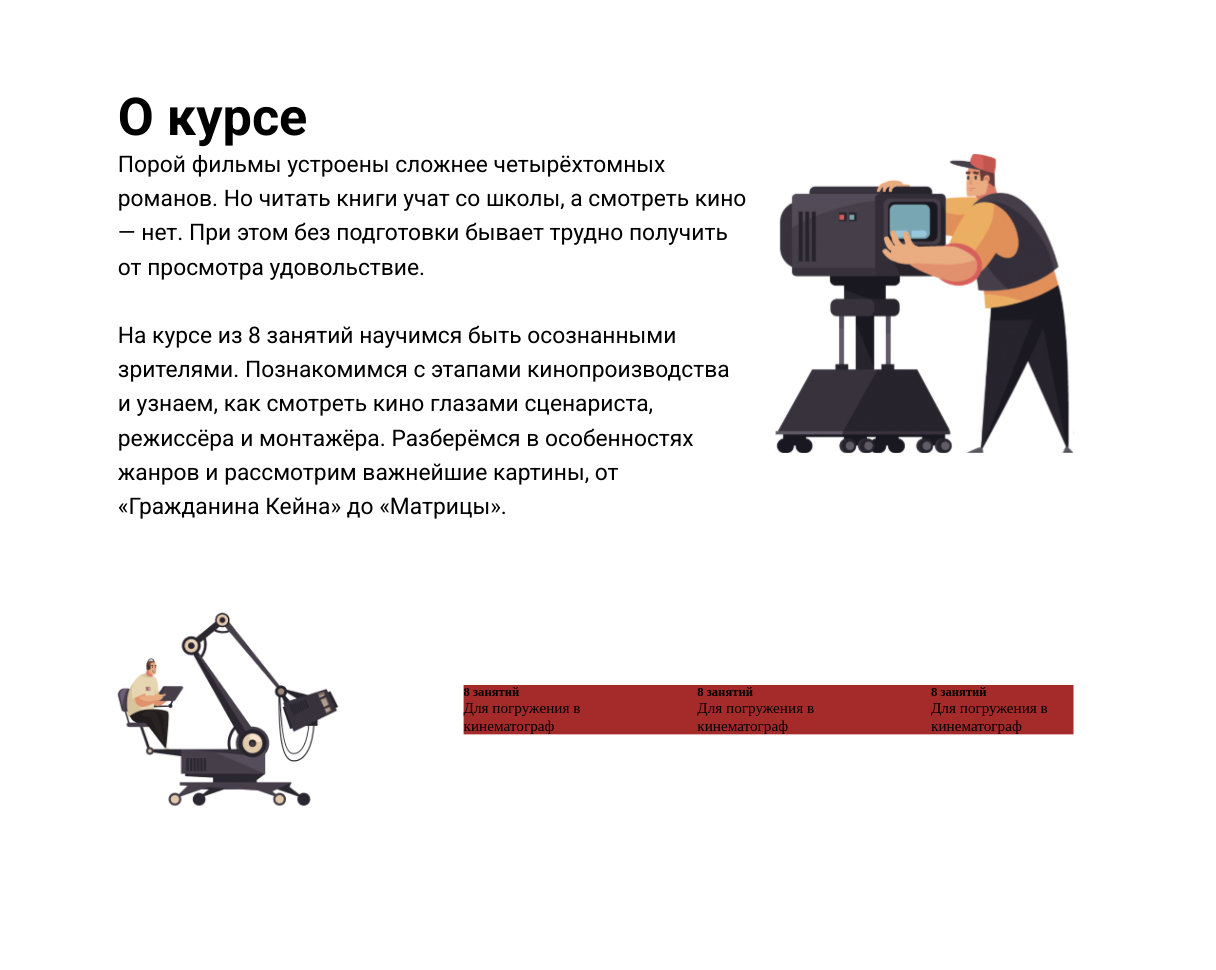
Repository: AytacSafarova/task-figma--1
Page: index.html
The author's editor kept a copy of each file at every save. The page is drawn from the files as they stood at one save, then again after the next save.
The browser window is 1280 px wide. The pictures show the whole page, at 95% of full size.

Above is the page before, as saved 2023-04-29 20:43:45.

### index.html
<!DOCTYPE html>
<html lang="en">

<head>
  <meta charset="UTF-8" />
  <meta http-equiv="X-UA-Compatible" content="IE=edge" />
  <meta name="viewport" content="width=device-width, initial-scale=1.0" />
  <title>Document</title>
  <link rel="stylesheet" href="/index.css" />
</head>

<body>
  <div class="container">
    <div class="row up">
      <div class="col left">
        <h1>О курсе</h1>
        <p>
          Порой фильмы устроены сложнее четырёхтомных романов. Но читать
          книги учат со школы, а смотреть кино — нет. При этом без
          подготовки бывает трудно получить от просмотра удовольствие.
        </p>
        <br><br>
        <p>
          На курсе из 8 занятий научимся быть осознанными зрителями.
          Познакомимся с этапами кинопроизводства и узнаем, как смотреть
          кино глазами сценариста, режиссёра и монтажёра. Разберёмся в
          особенностях жанров и рассмотрим важнейшие картины, от
          «Гражданина Кейна» до «Матрицы».
        </p>
      </div>
      <div class="col right">
        <svg width="314" height="315" viewBox="0 0 314 315" fill="none" xmlns="http://www.w3.org/2000/svg"
          xmlns:xlink="http://www.w3.org/1999/xlink">
          <rect width="314" height="315" fill="url(#pattern0)" />
          <defs>
            <pattern id="pattern0" patternContentUnits="objectBoundingBox" width="1" height="1">
              <use xlink:href="#image0_1_51" transform="matrix(0.00186916 0 0 0.00186323 0 -0.000275923)" />
            </pattern>
            <image id="image0_1_51" width="535" height="537"
              xlink:href="data:[embedded picture, 160582 characters]" />
          </defs>
        </svg>
      </div>
    </div>

    <div class="down">
      <img src="/images/photo 1.png" alt="" />
      <ul class="list">
        <li>
          <h5>8 занятий</h5>
          <p>Для погружения в кинематограф</p>
        </li>

        <li>
          <h5>8 занятий</h5>
          <p>Для погружения в кинематограф</p>
        </li>

        <li>
          <h5>8 занятий</h5>
          <p>Для погружения в кинематограф</p>
        </li>
      </ul>
    </div>
  </div>
</body>

</html>

### index.css
@import url("https://fonts.googleapis.com/css2?family=Roboto+Slab:wght@700&family=Roboto:wght@400;500;700&display=swap");
* {
  margin: 0;
  padding: 0;
}
.container {
  padding: 91px 150px 173px 124px;
}

.row {
  display: flex;
  justify-content: space-between;
  align-items: center;
}

.left {
  width: 662px;
}
 .left h1 {
  font-size: 55px;
  font-family: "Roboto", sans-serif;
  font-weight: 700;
  margin-bottom: 0px;
}
.left p {
  font-family: "Roboto";
  font-style: normal;
  font-weight: 400;
  font-size: 24px;
  line-height: 150%;
}



.down {
  display: flex;
  align-items: center;
  justify-content: space-between;
  margin-top: 94px;
}



ul {
    margin-left: 132px;
  display: flex;
  justify-content: space-between;
  background-color: brown;
  width: 100%;
}

li {
  width: 150px;
  list-style-type: none;
}
.down img{
    width: 232px;
    height: 203px;
}


@media screen and (max-width: 1024px) {
  /* tablet media  */
  .container {
    padding: 56px 86px 180px 72px;
  }
.left h1{
    font-size: 32px;
    margin-bottom: 32px;
}
.left{
    width: 382px;
}
.left p{
    font-size: 14px;
}
.right svg {
    width: 182px;
    height: 182px;
}

}
@media screen and (max-width: 768px) {
  /* mobile media  */
}

After the next save:
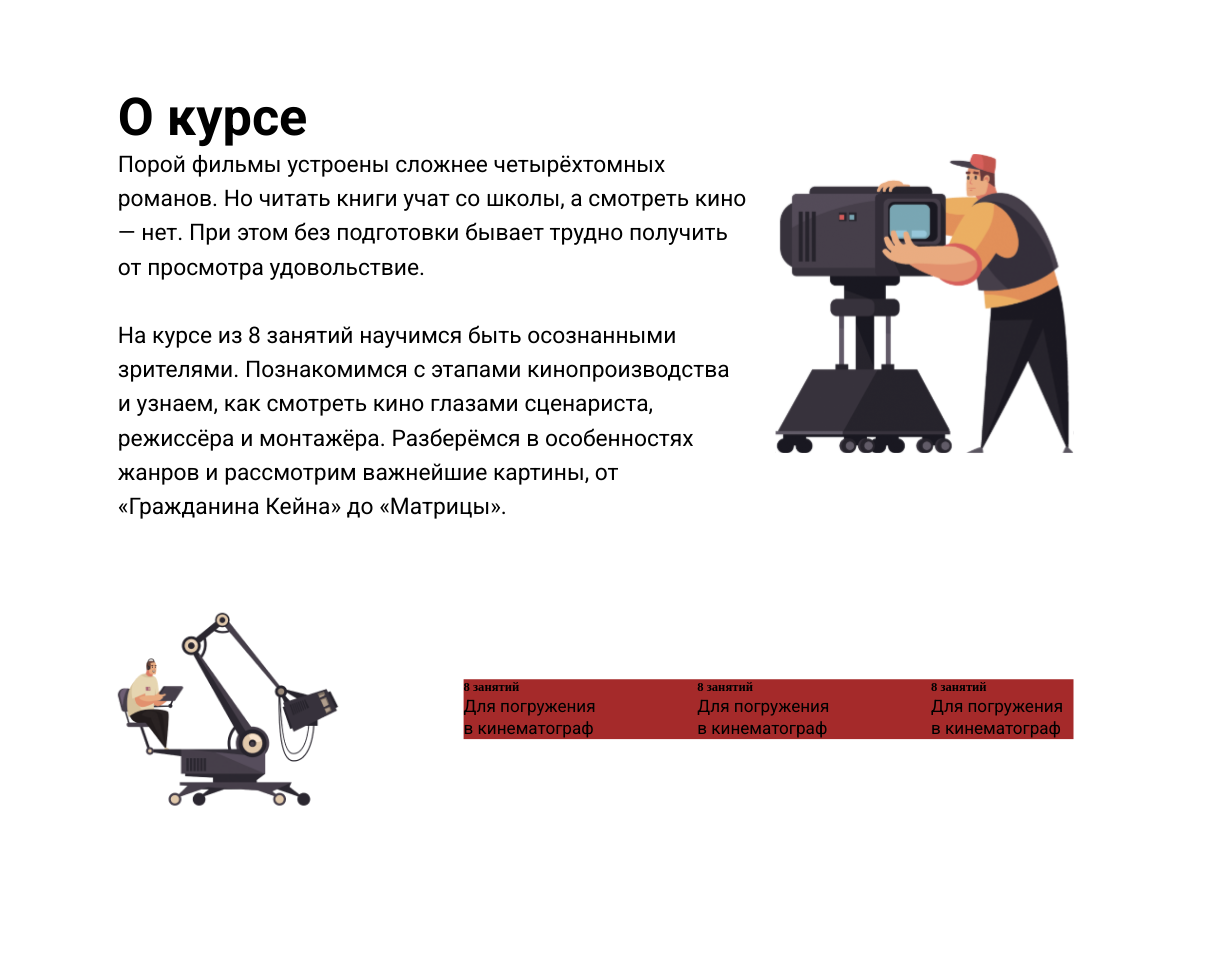
Saved 2 min 6 s later.
--- a/index.css
+++ b/index.css
@@ -53,6 +53,13 @@ li {
   width: 150px;
   list-style-type: none;
 }
+li p{
+    font-family: 'Roboto';
+font-style: normal;
+font-weight: 400;
+font-size: 18px;
+line-height: 130%;
+}
 .down img{
     width: 232px;
     height: 203px;
